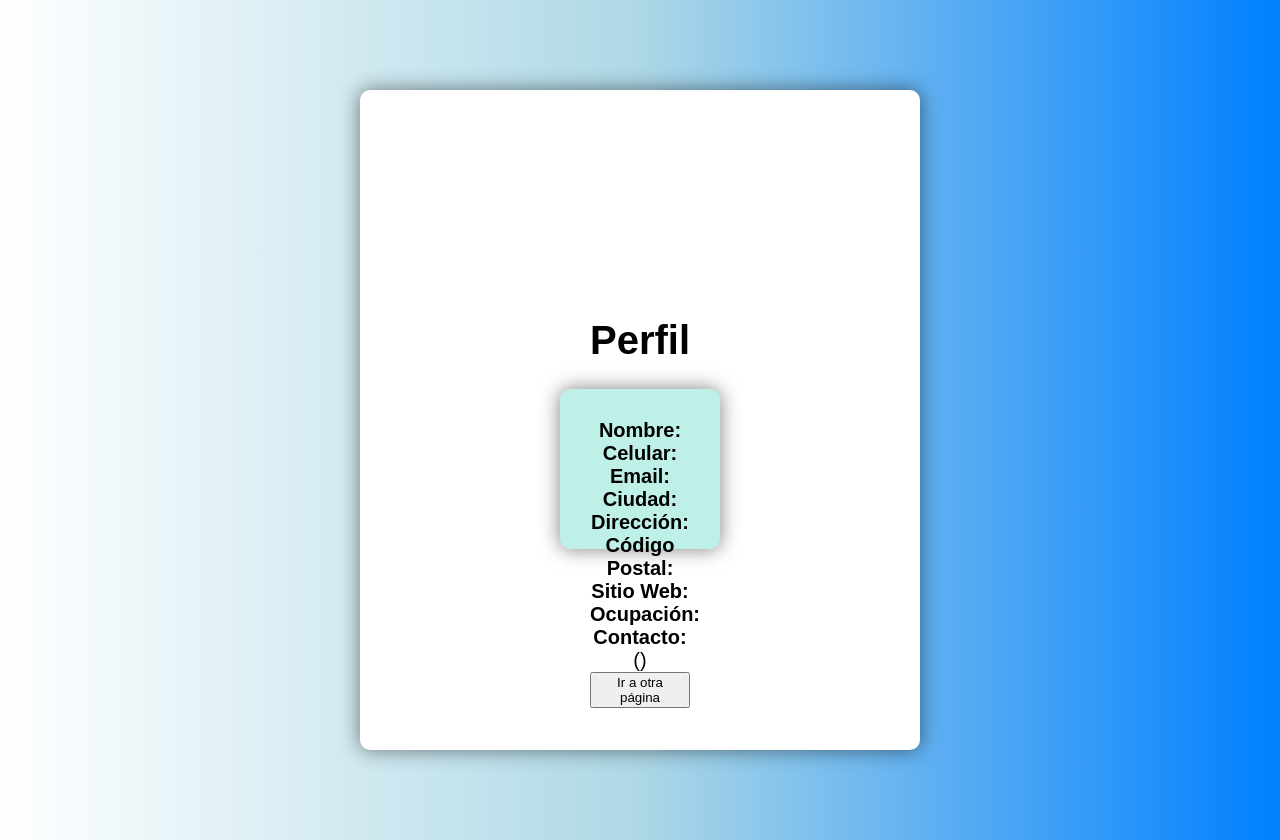
Repository: ANGELEDU141/TAREAWEBEWJASJDASJ
Page: http://localhost/JAVAWEBTAREA/WEB-INF/views/perfil.jsp
An editor plug-in stored every save of this project. The page is shown before and after the next save, followed by the edit.
The browser window is 1280 px wide. The pictures show the whole page.
The page is served by Tomcat 9. Nobody is signed in. Other server files are loaded and not shown. The template is opened directly, without the code that normally fills it, so the values that code supplies are empty.

Above is the page before, as saved 2024-09-01 11:02:01.

### JAVAWEBTAREA/src/main/webapp/WEB-INF/views/perfil.jsp
<%@ page language="java" contentType="text/html; charset=UTF-8"
    pageEncoding="UTF-8"%>
<!DOCTYPE html>
<html>
<head>
<meta charset="UTF-8">
<title>COMPANY CORP</title>
<link rel="icon" href="https://static.vecteezy.com/system/resources/previews/008/214/517/non_2x/abstract-geometric-logo-or-infinity-line-logo-for-your-company-free-vector.jpg">

<style type="text/css">

   body {
        margin: 0;
        padding: 60px;
        height: 100vh;
        display: flex;
        align-items:center;
         flex-direction: column;
        justify-content: center;
        align-items: center;
        font-family: Arial, sans-serif;
		background: linear-gradient(to right, rgb(255, 255, 255), rgb(173, 216, 230), rgb(0, 128, 255));

    }
    .container {

       width:500px;
    	height:600px;

        max-width: 600px;
        display:flex;
   		flex-direction:column;
   		align-content:center;
   		justify-content: center;
   		align-items:center;
   		padding: 30px;

        background-color: white;
        box-shadow: 0px 0px 20px rgba(0, 0, 0, 0.5);
        text-align: center;
        border-radius: 10px;
        font-size: 20px;

    }
       .quest {



   		padding: 30px;
   		border:60px;
         width:100px;
    	height:100px;
        background-color: rgba(191, 240, 232);
        box-shadow: 0px 0px 20px rgba(0, 0, 0, 0.5);
        text-align: center;
        border-radius: 10px;
        }


   		</style>


</head>
<body>
<div class="container">
        <h1>Perfil</h1>


      <div class="quest">

       <b>Nombre:</b> ${nombre}<br>
<b>Celular:</b> ${celular}<br>
<b>Email:</b> <a href="mailto:${email}">${email}</a><br>
<b>Ciudad:</b> ${ciudad}<br>
<b>Dirección:</b> ${direccion}<br>
<b>Código Postal:</b> ${codigo_postal}<br>
<b>Sitio Web:</b> <a href="${sitio_web}" target="_blank">${sitio_web}</a><br>
<b>Ocupación:</b> ${ocupacion}<br>
<b>Contacto:</b> ${contacto_nombre} (${contacto_puesto})<br>

         <button class="redirect-button" onclick="alert(window.location.href='${pageContext.request.contextPath}/concepto');">Ir a otra página</button>



        </div>
 </div>
</body>
</html>

After the next save:
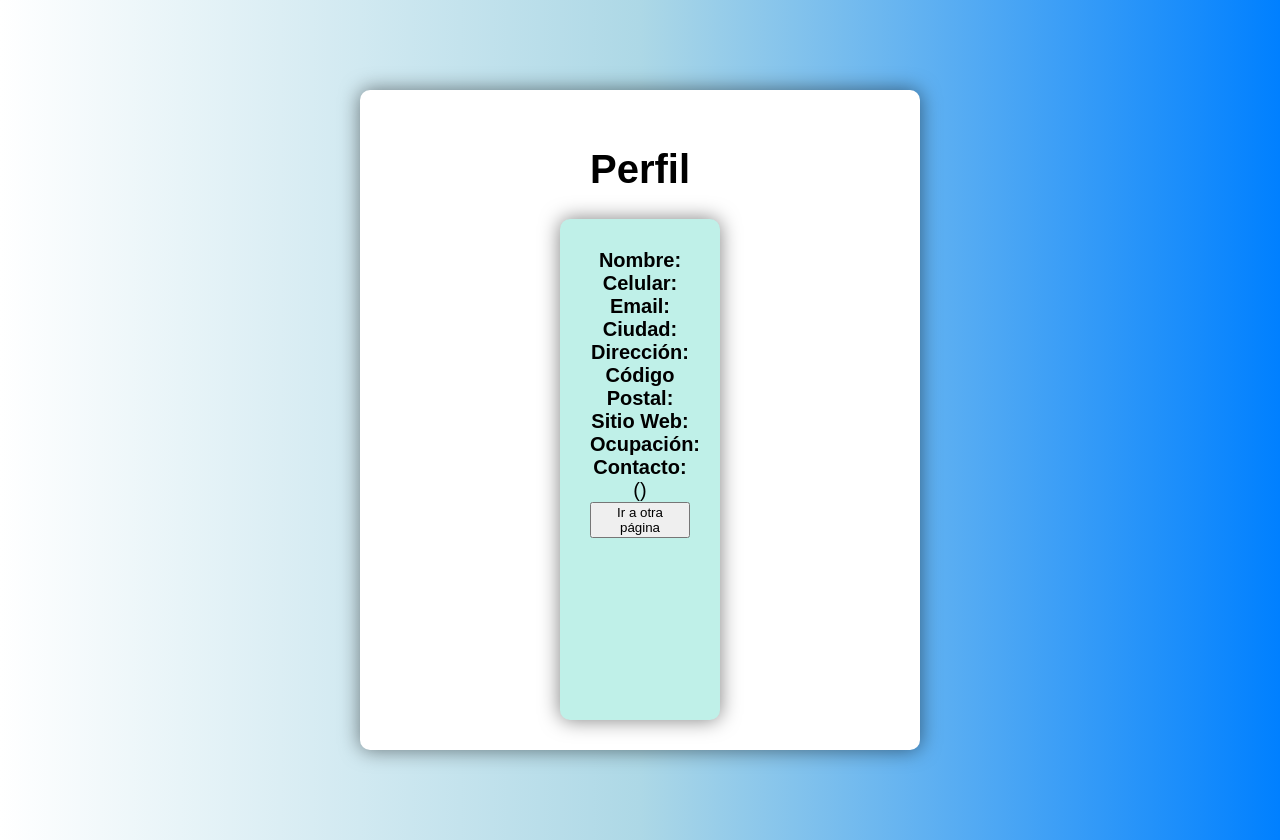
Saved 9 s later.
--- a/JAVAWEBTAREA/src/main/webapp/WEB-INF/views/perfil.jsp
+++ b/JAVAWEBTAREA/src/main/webapp/WEB-INF/views/perfil.jsp
@@ -49,7 +49,7 @@
    		padding: 30px;
    		border:60px;
          width:100px;
-    	height:100px;
+    	height:600px;
         background-color: rgba(191, 240, 232);
         box-shadow: 0px 0px 20px rgba(0, 0, 0, 0.5);
         text-align: center;
